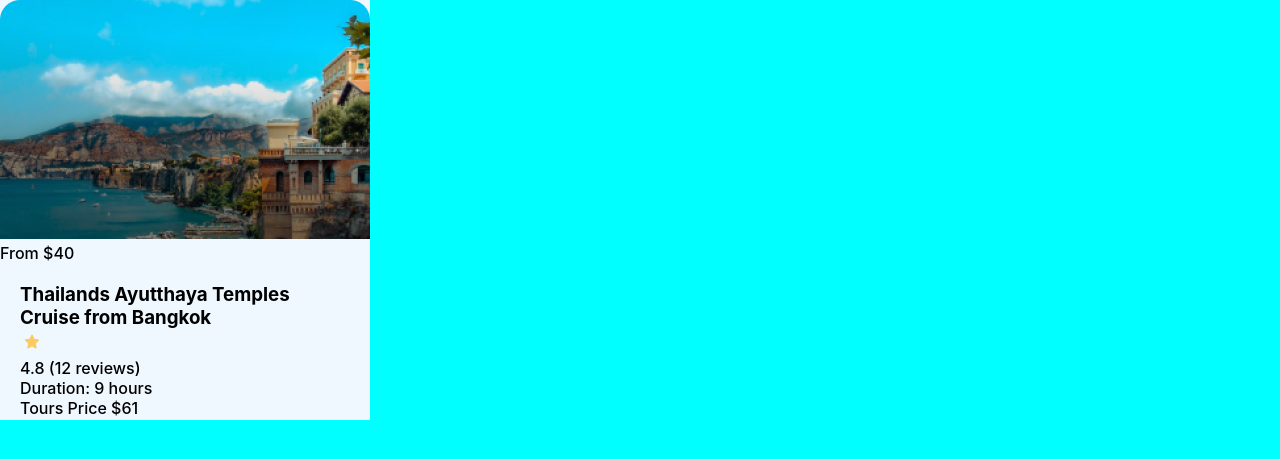
Repository: nguyentuankiet-k61/K_IT-demo
Page: index.html
An editor plug-in stored every save of this project. The page is shown before and after the next save, followed by the edit.
The browser window is 1280 px wide. The pictures show the whole page.
Some web fonts or font styles are not loaded; a fallback is used.

Above is the page before, as saved 2022-09-29 15:04:54.

### index.html
<!DOCTYPE html>
<html lang="en">
<head>
    <meta charset="UTF-8">
    <meta http-equiv="X-UA-Compatible" content="IE=edge">
    <meta name="viewport" content="width=device-width, initial-scale=1.0">
    <title>HTML CSS Master</title>
    <link rel = "preconnect" href = "https://fonts.googleapis.com">
    <link rel = "preconnect" href = "https://fonts.gstatic.com" crossorigin>
    <link href = "https: //fonts.googleapis.com/css2? family = Inter: wght @ 500; 600 & display = swap "rel =" stylesheet ">
    <link rel="stylesheet" href="./CSS/app.css">
</head>
<body>
 <div class="Tours">
    <div class="Tours_top">
        <img src="./image/image1.png" alt="this is a image"/>
        <span class="Tours_price">From $40</span>
    </div>
    <div class="Tours_content">
        <div class="Tourrs_title">
            <h3>Thailands Ayutthaya Temples
                Cruise from Bangkok</h3>
        </div>
        <div class="Tours_ratting">
            <div class="Tours_star">
                <img src="./image/img-star.png" alt="this is image"/>
            </div>
            <div class="Tours_review">
                4.8 (12 reviews)
            </div>
            <div class="Tours_duration">Duration: 9 hours

            </div>
        </div>
        <div class="Tours_botton">Tours Price $61</div>
    </div>

 </div>
</body>
</html>

### CSS/app.css
*{
    margin: 0;
    padding: 0;
    box-sizing: border-box;
}
body{
    background-color: aqua;
    font-family: 'Inter', sans-serif;
    font-weight: 500;

}
.Tours{
    width: 370px;
    height: 420px;
    background-color: aliceblue;
}
.Tours_content{
   padding: 20px 20px 14px 20px;
}

After the next save:
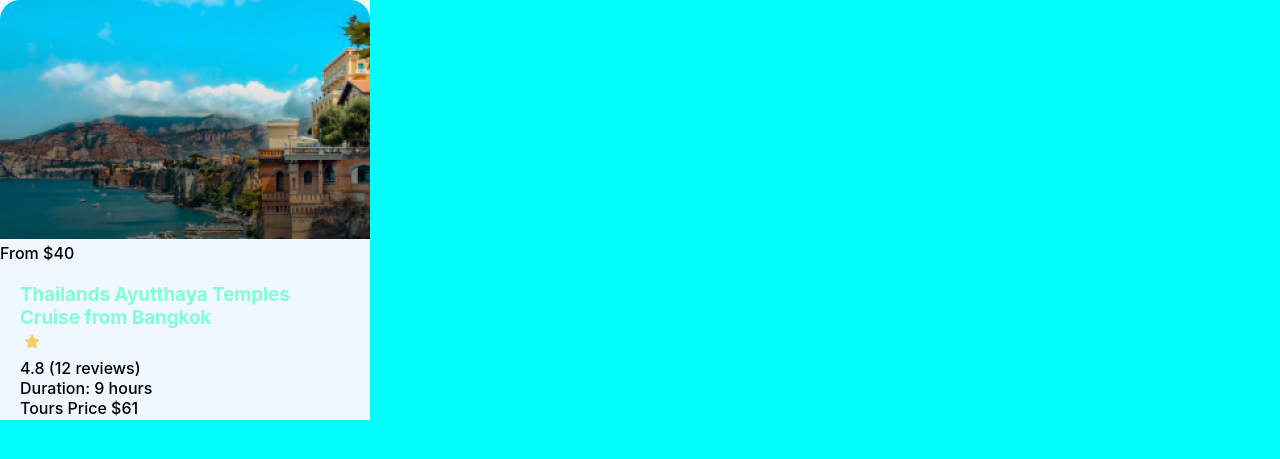
Saved 3 min 8 s later.
--- a/CSS/app.css
+++ b/CSS/app.css
@@ -17,3 +17,6 @@ body{
 .Tours_content{
    padding: 20px 20px 14px 20px;
 }
+.Tourrs_title{
+    color: aquamarine;
+}
